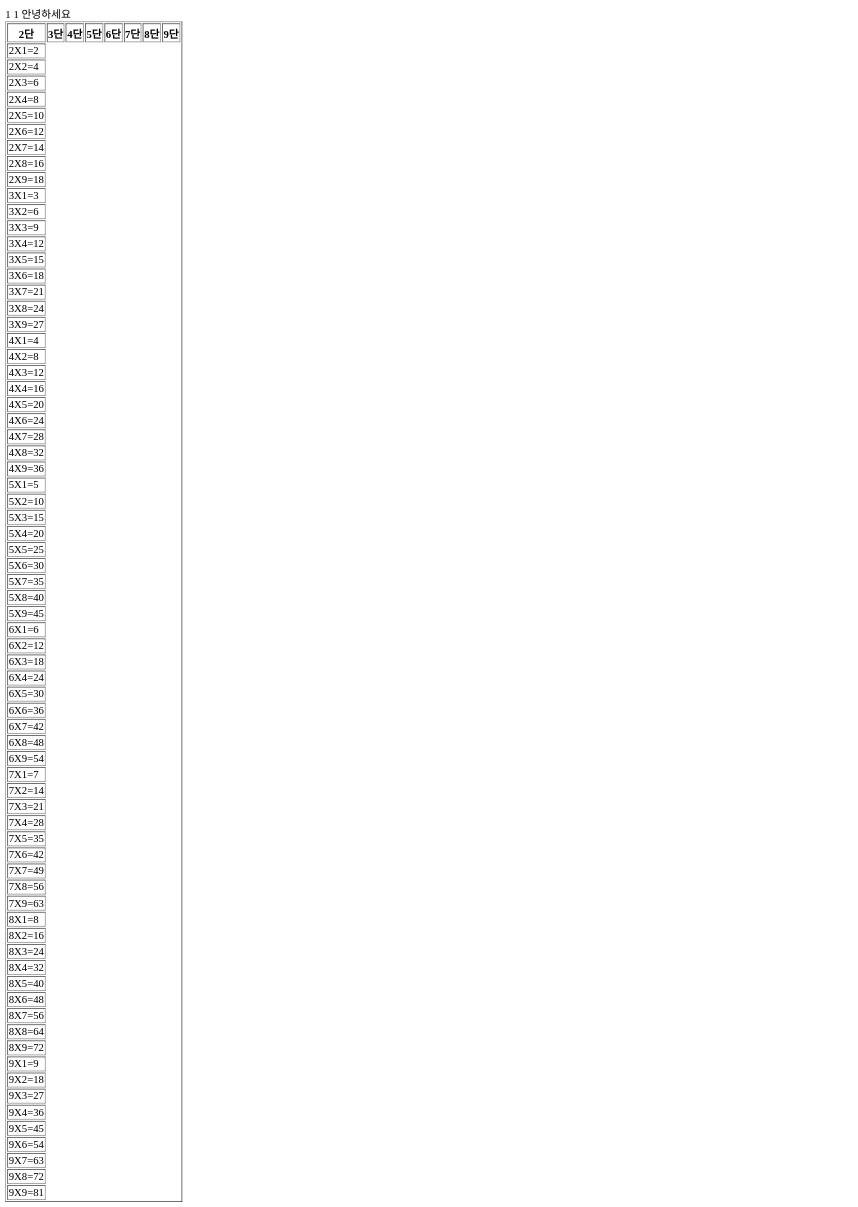
Repository: Luho0113/SpringBootStudy
Page: http://localhost/web/
These files come from the project's save history. The page is drawn as it stood at one moment and after the next save; the edit follows.
The browser window is 1280 px wide. The pictures show the whole page, at 67% of full size.
The page is served by Tomcat 9. Other server files are loaded and not shown.

Above is the page before, as saved 2023-05-03 02:26:26.

### web/src/main/webapp/index.jsp
<%@ page language="java" contentType="text/html; charset=UTF-8"
    pageEncoding="UTF-8"%>
<%
String str = "1";
out.println(str);
%>
<%=str%>
<!DOCTYPE html>
<html>
<head>
<meta charset="UTF-8">
<title>Insert title here</title>
</head>
<body>
안녕하세요


	<table border="1">
		<tr>
				<%
				for (int i = 2; i < 10; i++) {
					out.println("<th>");
					out.println(i + "단");
					out.println("</th>");
				}
				%>
		</tr>
		<%
		for (int i = 2; i < 10; i++) {
			for (int j = 1; j < 10; j++) {
				out.println("<tr>");
				out.println("<td>" + i + "X" + j + "=" + i * j + "</td>");
				out.println("</tr>");
			}
		}
		%>
	</table>
</body>
</html>

After the next save:
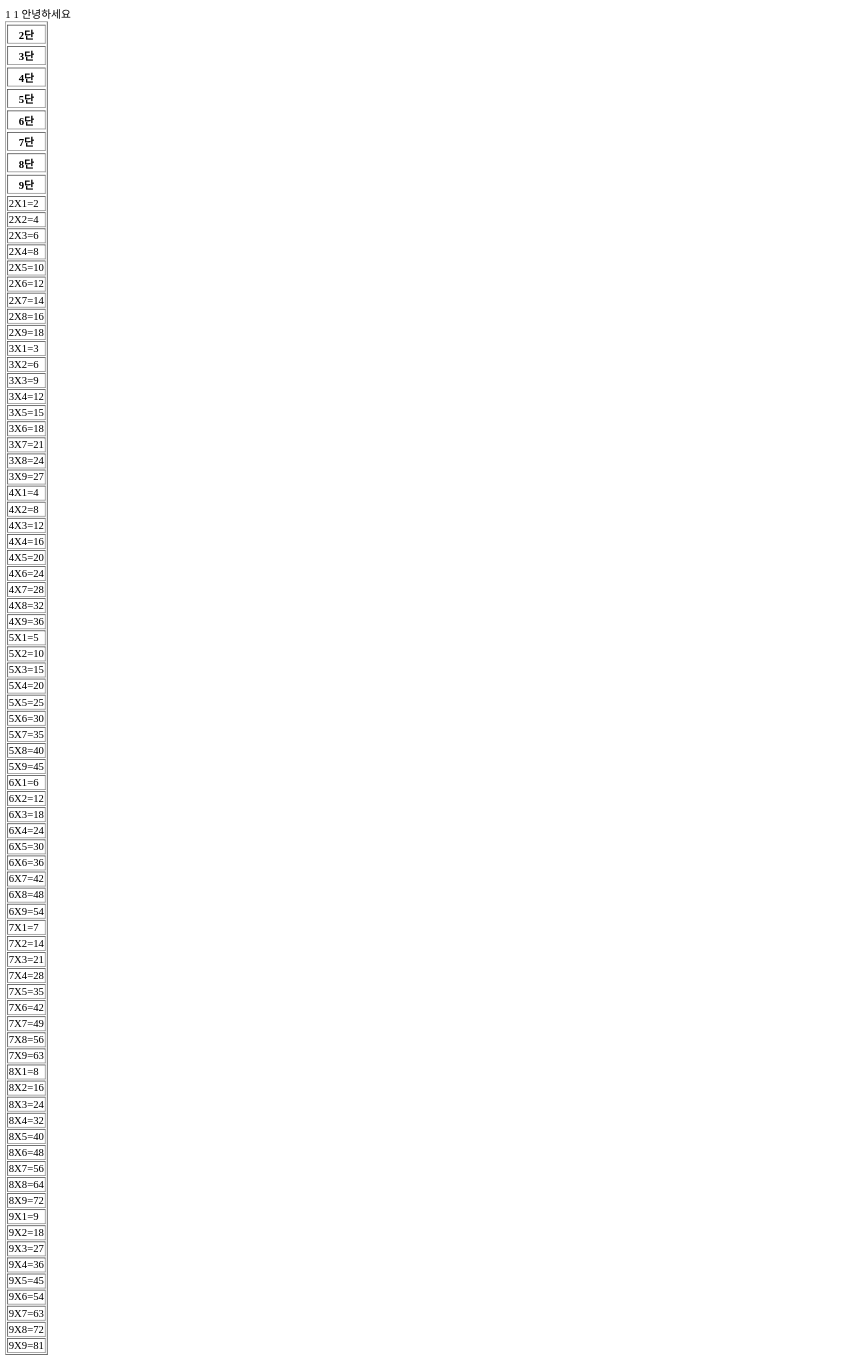
Saved 42 s later.
--- a/web/src/main/webapp/index.jsp
+++ b/web/src/main/webapp/index.jsp
@@ -18,10 +18,13 @@
 	<table border="1">
 		<tr>
 				<%
+
 				for (int i = 2; i < 10; i++) {
+					out.println("<tr>");
 					out.println("<th>");
 					out.println(i + "단");
 					out.println("</th>");
+					out.println("<tr>");
 				}
 				%>
 		</tr>

After the save that followed:
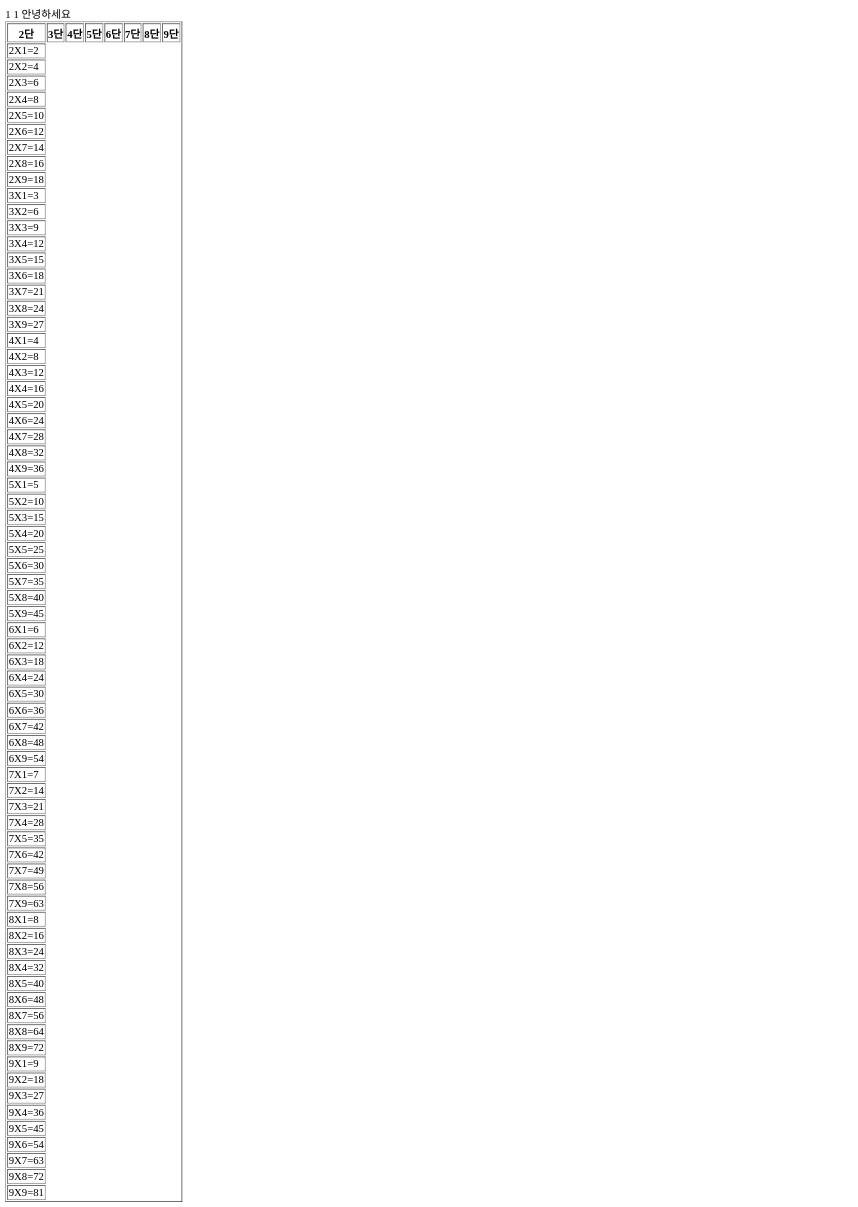
Saved 6 s later.
--- a/web/src/main/webapp/index.jsp
+++ b/web/src/main/webapp/index.jsp
@@ -20,11 +20,10 @@
 				<%
 
 				for (int i = 2; i < 10; i++) {
-					out.println("<tr>");
+
 					out.println("<th>");
 					out.println(i + "단");
 					out.println("</th>");
-					out.println("<tr>");
 				}
 				%>
 		</tr>
